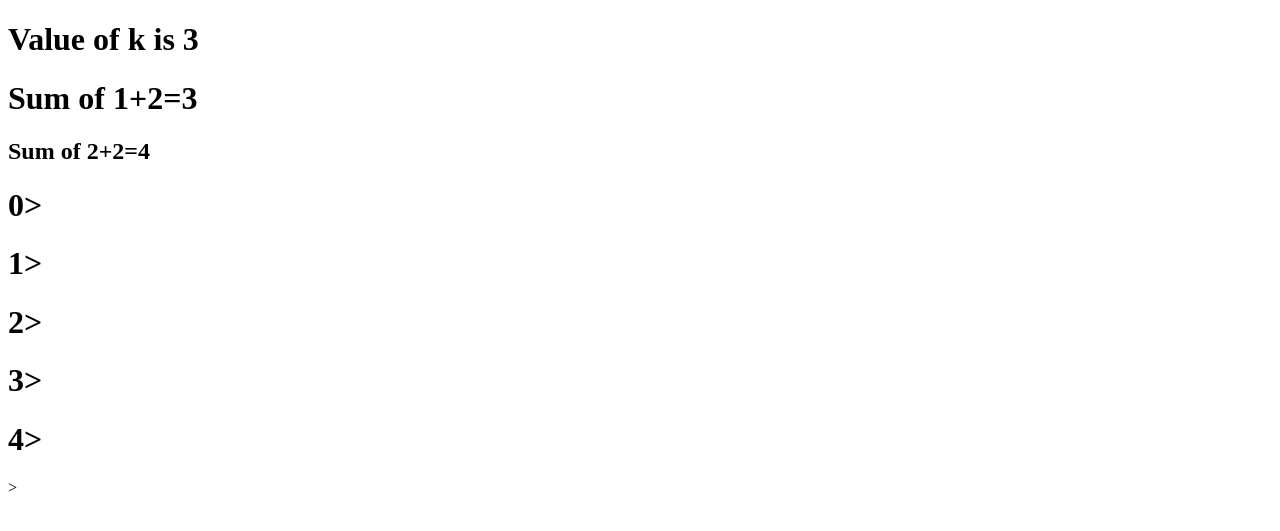
Repository: edwinisnow/jsp-servlets-demo
Page: http://localhost/SimpleServletProject/test.jsp
The author's editor kept a copy of each file at every save. The page is drawn from the files as they stood at one save, then again after the next save.
The browser window is 1280 px wide. The pictures show the whole page.
The page is served by Tomcat 9.

Above is the page before, as saved 2024-05-06 21:30:33.

After the next save:
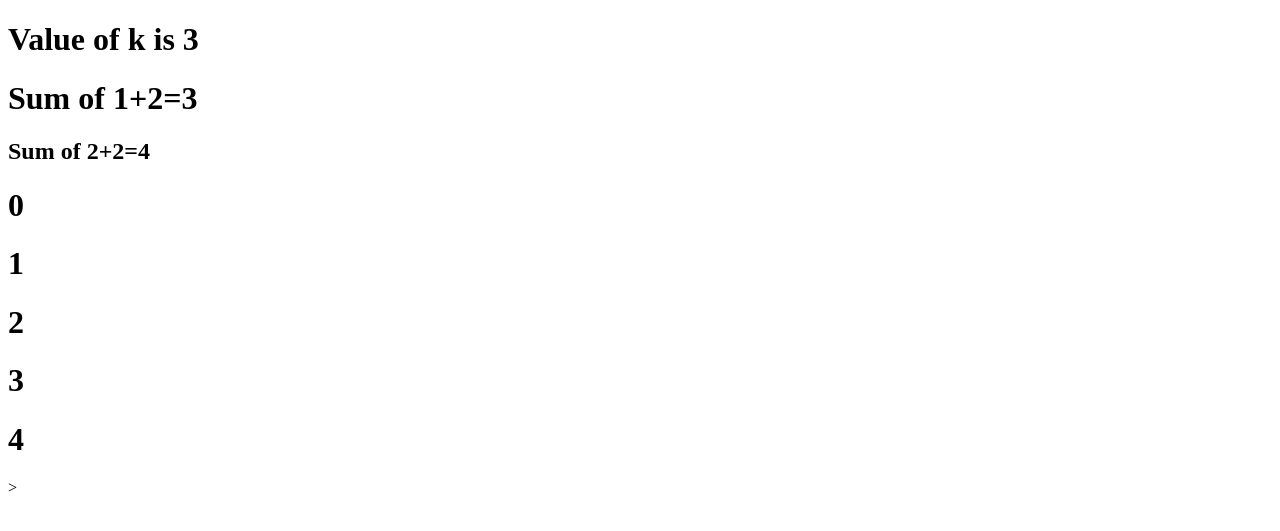
Saved 8 s later.
--- a/SimpleServletProject/src/main/webapp/test.jsp
+++ b/SimpleServletProject/src/main/webapp/test.jsp
@@ -28,7 +28,7 @@
 <%
 	for (i = 0; i < 5; i++ ){
 %>
-<h1><%=i %>></h1>
+<h1><%=i %></h1>
 
 <% }%>>
 </html>
